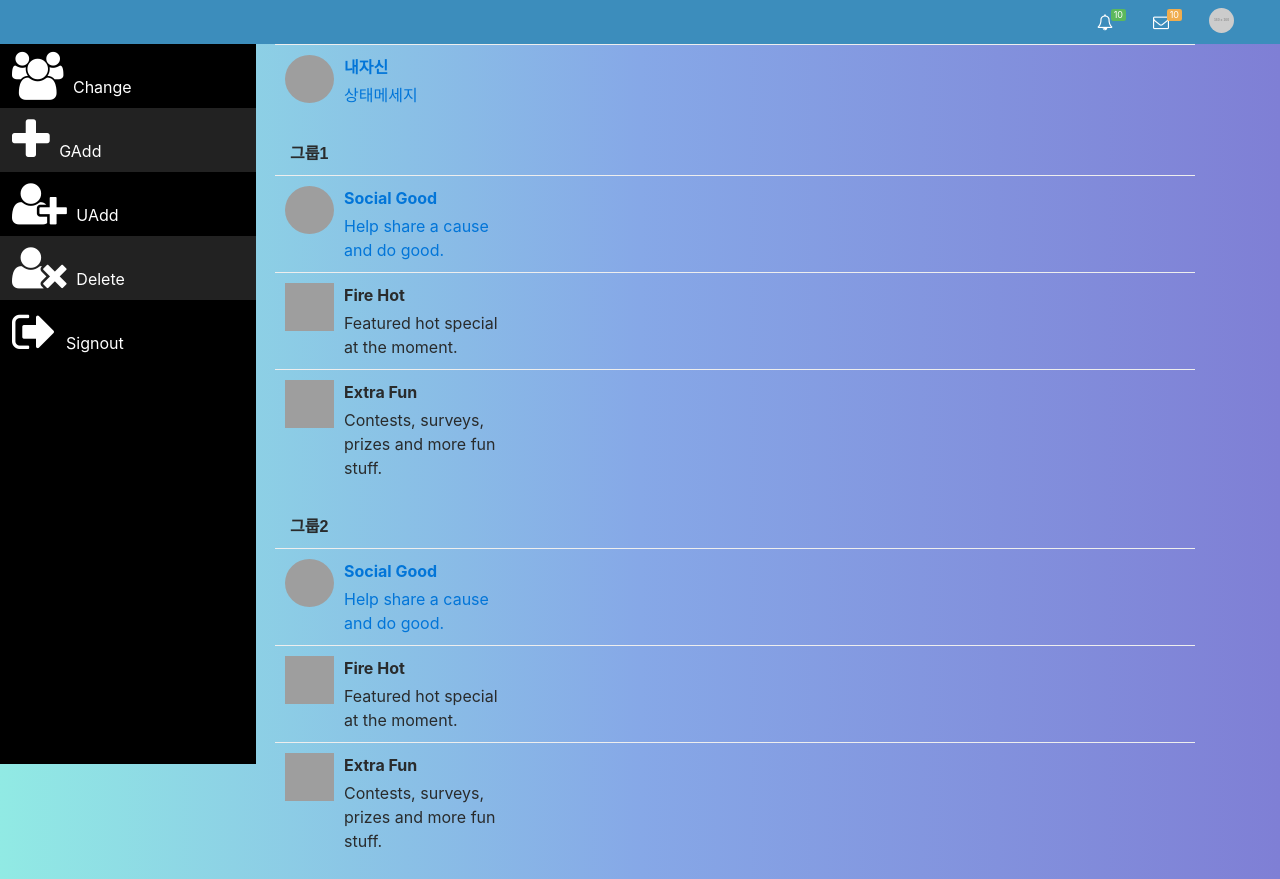
Repository: lukawitch/graduatedchat
Page: http://localhost/Graduated/WEB-INF/views/personal.jsp
The author's editor kept a copy of each file at every save. The page is drawn from the files as they stood at one save, then again after the next save.
The browser window is 1280 px wide. The pictures show the whole page.
Pictures or frames that could not be fetched are drawn as grey boxes. The page is served by Tomcat 9. Nobody is signed in. The template is opened directly, without the code that normally fills it, so the values that code supplies are empty.

Above is the page before, as saved 2019-05-23 03:56:03.

After the next save:
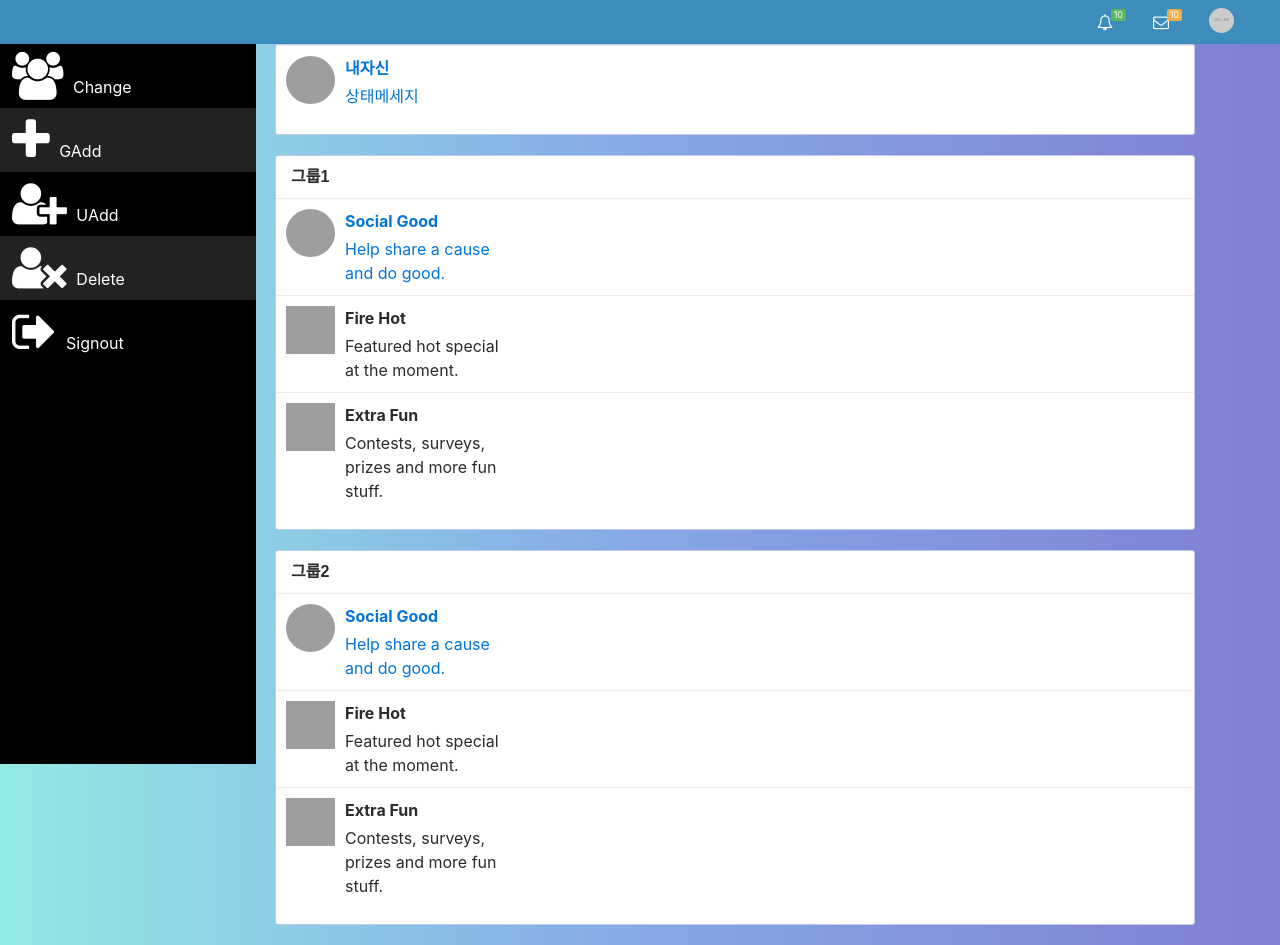
Saved 43 s later.
--- a/Graduated/src/main/webapp/WEB-INF/views/personal.jsp
+++ b/Graduated/src/main/webapp/WEB-INF/views/personal.jsp
@@ -17,6 +17,14 @@
 	       background: -webkit-linear-gradient(to right, #91EAE4, #86A8E7, #7F7FD5);
 	        background: linear-gradient(to right, #91EAE4, #86A8E7, #7F7FD5);
 		}
+		.addon {
+background: #fff;
+border: 1px solid #C0CAE3;
+margin-bottom: 20px;
+border-radius: 3px;
+-moz-border-radius: 3px;
+-webkit-border-radius: 3px;
+}
 .addon li {
 padding: 10px;
 border-top: 1px solid #eee;
